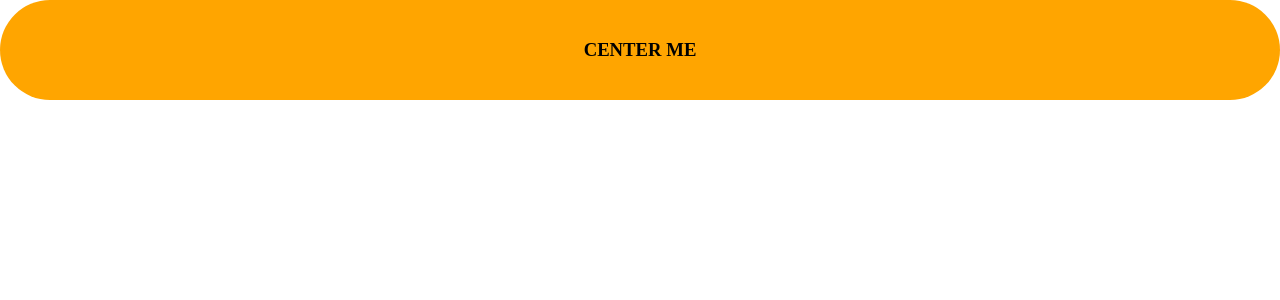
Repository: phanvu0103/HTML-CSS
Page: CSS_17.2_Các-cách-căn-giữa-trong-CSS/index.html
The author's editor kept a copy of each file at every save. The page is drawn from the files as they stood at one save, then again after the next save.
The browser window is 1280 px wide. The pictures show the whole page.

Above is the page before, as saved 2022-09-24 13:10:53.

After the next save:
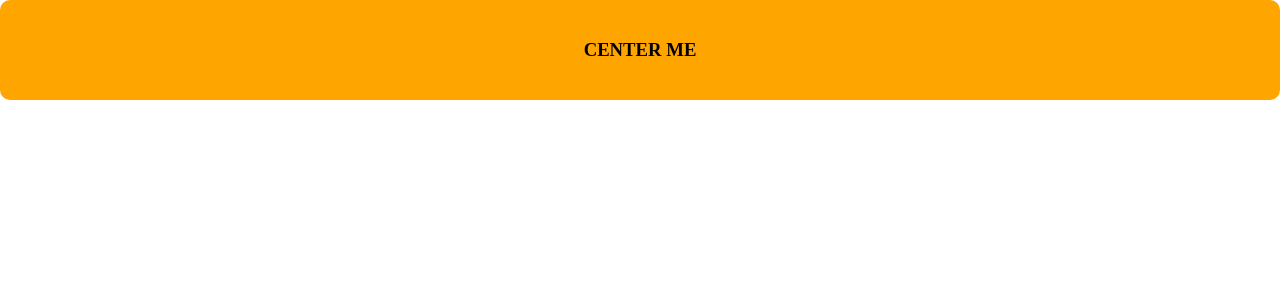
Saved 7 s later.
--- a/CSS_17.2_Các-cách-căn-giữa-trong-CSS/style.css
+++ b/CSS_17.2_Các-cách-căn-giữa-trong-CSS/style.css
@@ -19,7 +19,7 @@
   transform nên sử dụng % cho h3
   */
   position: relative;
-  border-radius: 50px;
+  border-radius: 10px;
 }
 h3 {
   /* căn giữa dấu gạch trước CENTER */
